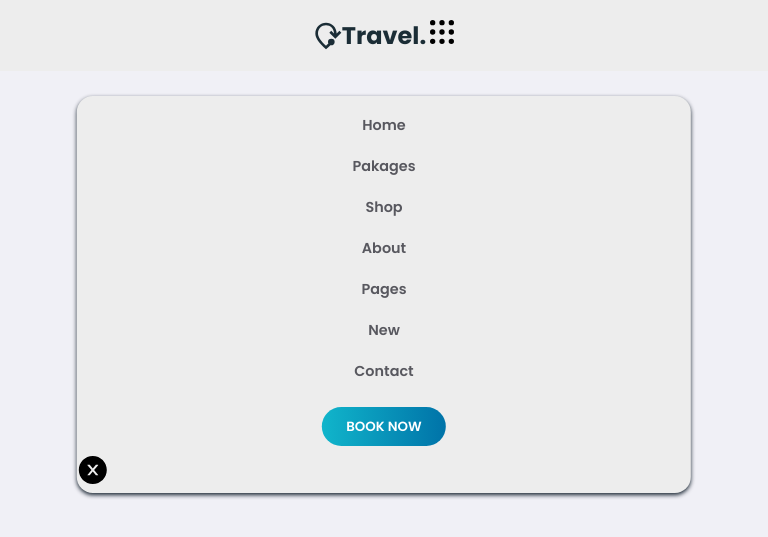
Repository: tungts3qb/TravelWebsite
Page: /
These files come from the project's save history. The page is drawn as it stood at one moment and after the next save; the edit follows.
The browser window is 768 px wide. The pictures show the whole page.
The project was rebuilt for these pictures with package versions that can differ from the ones it lists, and the page was loaded fresh each time. Also part of the build but not shown: src/Components/Home/home.css, src/Components/Home/Home.jsx, src/Components/Main/main.css, src/Components/Main/Main.jsx, src/Components/Footer/footer.css, src/Components/Footer/Footer.jsx.

Above is the page before, as saved 2023-03-21 15:33:13.

### src/App.js
import React from "react";
import "./app.css";
import Navbar from "./Components/Navbar/Navbar";
import Home from "./Components/Home/Home";
import Main from "./Components/Main/Main";
import Footer from "./Components/Footer/Footer";

const App = () => {
  return (
    <>
      <Navbar />
      {/* <Home></Home>
      <Main></Main>
      <Footer></Footer> */}
    </>
  );
};

export default App;

### src/App.css
@import url("https://fonts.googleapis.com/css2?family=Poppins:wght@300;400;500;600;700&display=swap");

* {
  padding: 0;
  margin: 0;
  box-sizing: border-box;
  font-family: "Poppins", sans-serif;
}

:root {
  --PrimaryColor: hsl(199, 100%, 33%);
  --SecondaryColor: hsl(187, 85%, 43%);
  --gradientColor: linear-gradient(
    to right,
    hsl(187, 85%, 43%),
    hsl(199, 100%, 33%)
  );
  --whiteColor: hsl(0, 0%, 100%);
  --blackColor: hsl(201, 33%, 16%);
  --textColor: hsl(240, 4%, 36%);
  --whiteColorDeam: hsl(0, 0%, 93%);
  --greyText: rgb(190, 190, 190);
  --inputColor: rgb(239, 239, 239);
  --bodyColor: rgb(240, 240, 246);
  --cardBG: rgb(255, 255, 235);
}

a {
  text-decoration: none;
}

li {
  list-style: none;
}

.section {
  padding: 4rem 0 2rem;
}

.container {
  padding-left: 1.5rem;
  padding-right: 1.5rem;
}

.icon {
  font-size: 2rem;
  cursor: pointer;
}

.flex {
  display: flex;
  align-items: center;
}

.grid {
  display: grid;
  align-items: center;
}

.btn {
  padding: 0.6rem 1.5rem;
  background: var(--gradientColor);
  border-radius: 3rem;
  border: none;
  outline: none;
  cursor: pointer;
}

.btn a {
  color: var(--whiteColor);
  font-weight: 500;
}

.btn:hover {
  background: var(--SecondaryColor);
}

img,
video {
  width: 100%;
  height: auto;
}

input {
  font-size: 100%;
}

body {
  background: var(--bodyColor);
}

### src/Components/Navbar/Navbar.jsx
import React from "react";
import "./navbar.css";
import { MdOutlineModeOfTravel } from "react-icons/md";
import { AiFillCloseCircle } from "react-icons/ai";
import { TbGridDots } from "react-icons/tb";

const Navbar = () => {
  return (
    <section className="navBarSection">
      <header className="header flex">
        <div className="logoDiv">
          <a href="#" className="logo flex">
            <MdOutlineModeOfTravel className="icon" />
            <h1>Travel.</h1>
          </a>
        </div>

        <div className="navBar">
          <ul className="navLists flex">
            <li className="navItem">
              <a href="#" className="navLink">
                Home
              </a>
            </li>

            <li className="navItem">
              <a href="#" className="navLink">
                Pakages
              </a>
            </li>

            <li className="navItem">
              <a href="#" className="navLink">
                Shop
              </a>
            </li>

            <li className="navItem">
              <a href="#" className="navLink">
                About
              </a>
            </li>

            <li className="navItem">
              <a href="#" className="navLink">
                Pages
              </a>
            </li>

            <li className="navItem">
              <a href="#" className="navLink">
                New
              </a>
            </li>

            <li className="navItem">
              <a href="#" className="navLink">
                Contact
              </a>
            </li>

            <button className="btn">
              <a href="#">BOOK NOW</a>
            </button>
          </ul>
          <div className="closeNavBar">
            <AiFillCloseCircle className="icon" />
          </div>
        </div>

        <div className="toggleNavbar">
          <TbGridDots className="icon" />
        </div>
      </header>
    </section>
  );
};

export default Navbar;

### src/Components/Navbar/navbar.css
:root {
  --PrimaryColor: hsl(199, 100%, 33%);
  --SecondaryColor: hsl(187, 85%, 43%);
  --gradientColor: linear-gradient(
    to right,
    hsl(187, 85%, 43%),
    hsl(199, 100%, 33%)
  );
  --whiteColor: hsl(0, 0%, 100%);
  --blackColor: hsl(201, 33%, 16%);
  --textColor: hsl(240, 4%, 36%);
  --whiteColorDeam: hsl(0, 0%, 93%);
  --greyText: rgb(190, 190, 190);
  --inputColor: rgb(239, 239, 239);
  --bodyColor: rgb(240, 240, 246);
  --cardBG: rgb(255, 255, 235);
}

.header {
  position: fixed;
  display: flex;
  align-items: center;
  justify-content: center;
  background: var(--whiteColorDeam);
  width: 100%;
  padding: 1rem;
  z-index: 1000;
}
.header .logo {
  color: var(--blackColor);
}
@media screen and (max-width: 768px) {
  .header .navBar {
    position: absolute;
    background-color: var(--whiteColorDeam);
    height: -moz-max-content;
    height: max-content;
    width: 80%;
    border-radius: 1rem;
    top: 6rem;
    left: 50%;
    transform: translateX(-50%);
    z-index: 2000;
    box-shadow: 0 2px 4px rgba(2, 15, 29, 0.904);
    transition: 0.3s ease-in-out;
  }
  .header .navBar .navLists {
    flex-direction: column;
    justify-content: center;
    width: 100%;
    margin: auto;
    padding: 0.5rem 0;
  }
  .header .navBar .navLists .navItem {
    padding: 0.5rem 0;
  }
  .header .navBar .navLists .navItem .navLink {
    color: var(--textColor);
    font-size: 0.9rem;
    font-weight: 600;
  }
  .header .navBar .navLists .navItem .navLink :hover {
    color: var(--PrimaryColor);
  }
  .header .navBar .navLists .btn {
    margin-top: 1rem;
  }
  .header .navBar .navLists .btn a {
    font-weight: 600;
    color: var(--whiteColor);
  }
}/*# sourceMappingURL=navbar_20230321153313.css.map */

Loaded but not shown: public/index.html (common file); src/index.js (common file)

After the next save:
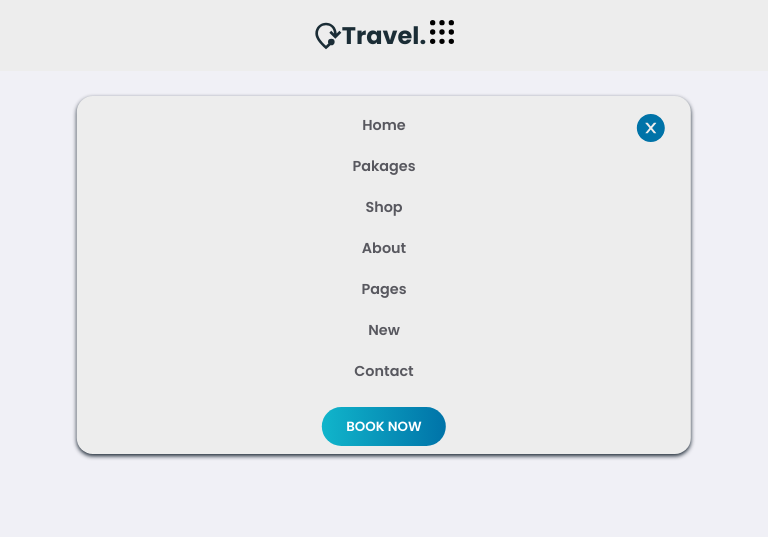
Saved 107 s later.
--- a/src/Components/Navbar/navbar.css
+++ b/src/Components/Navbar/navbar.css
@@ -69,4 +69,13 @@
     font-weight: 600;
     color: var(--whiteColor);
   }
-}/*# sourceMappingURL=navbar_20230321153313.css.map */
+  .header .navBar .closeNavBar {
+    position: absolute;
+    top: 1rem;
+    right: 1.5rem;
+    color: var(--PrimaryColor);
+  }
+  .header .navBar .closeNavBar:hover {
+    color: var(--SecondaryColor);
+  }
+}/*# sourceMappingURL=navbar_20230321153500.css.map */
